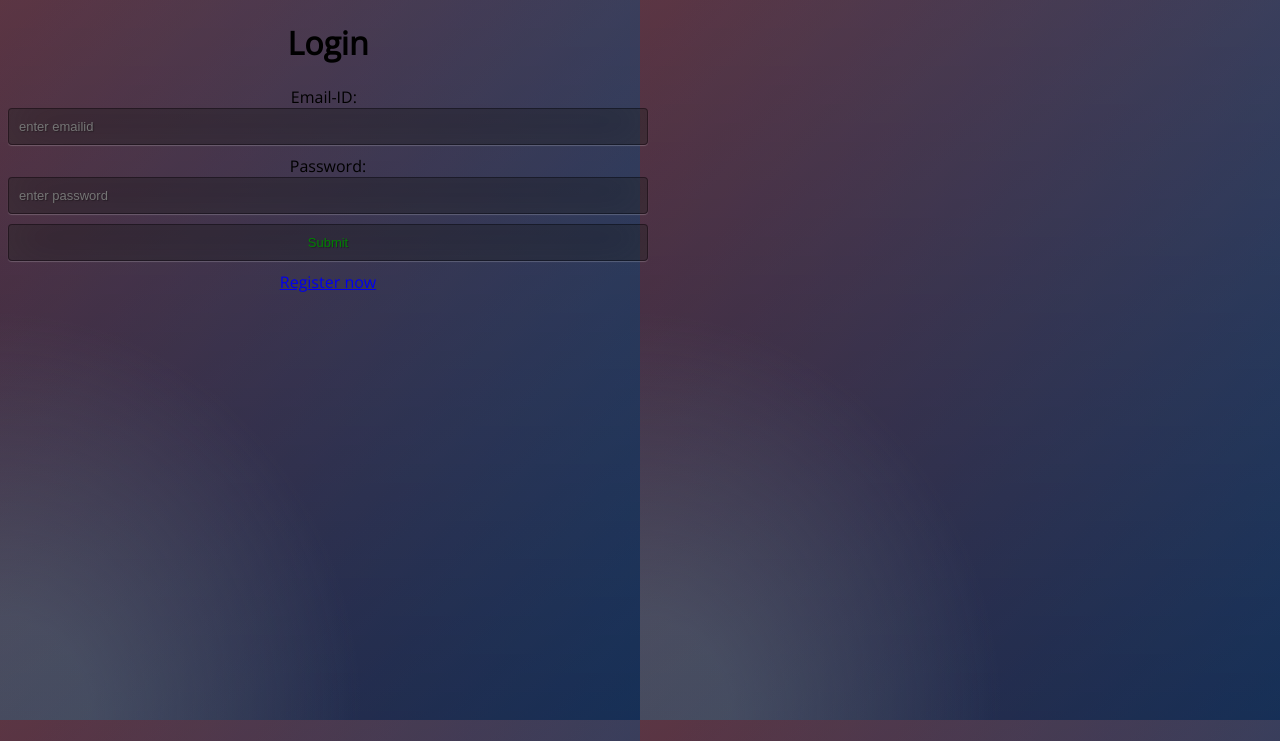
Repository: Tharungandhi/ServeltProject
Page: ServletJDBCApp/WebContent/login.html
An editor plug-in stored every save of this project. The page is shown before and after the next save, followed by the edit.
The browser window is 1280 px wide. The page is 1280 px wide, then 1288 px, so the pictures cover 1288 px, including what lies to the right of the window. The pictures show the whole page.

Above is the page before, as saved 2019-01-29 11:36:52.

After the next save:
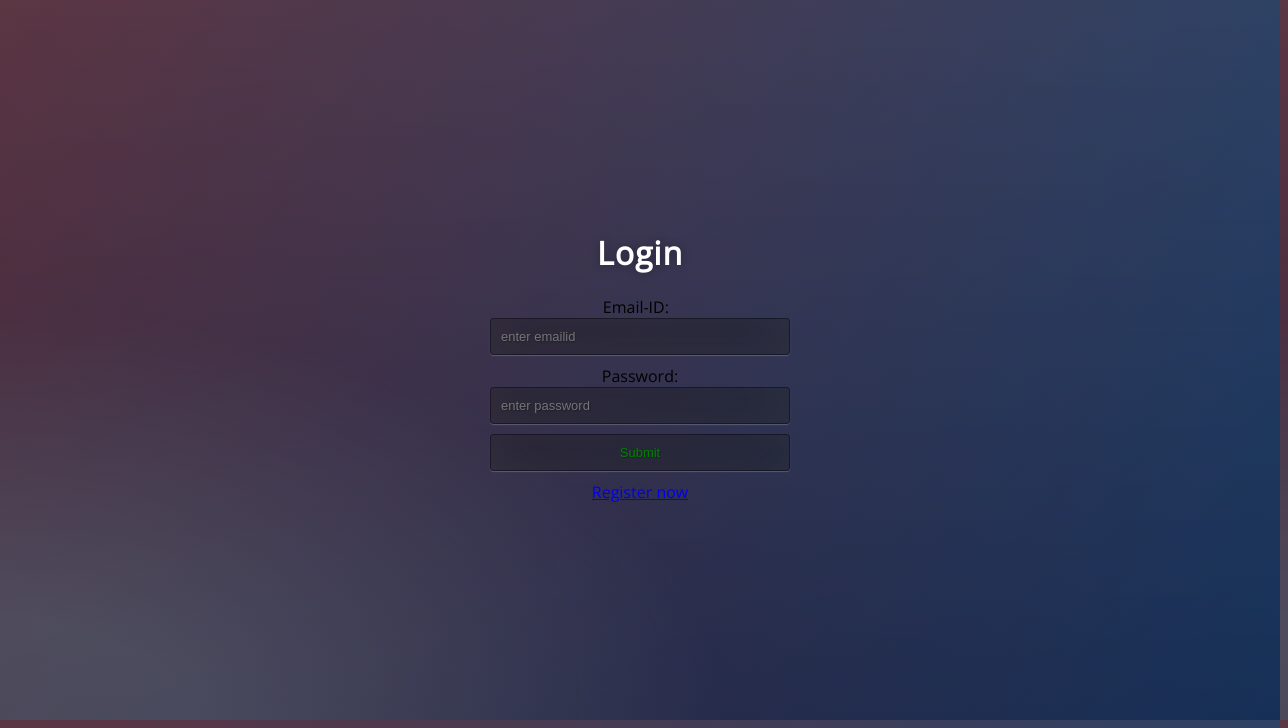
Saved 95 s later.
--- a/ServletJDBCApp/WebContent/login.html
+++ b/ServletJDBCApp/WebContent/login.html
@@ -15,7 +15,7 @@
 
 * { -webkit-box-sizing:border-box; -moz-box-sizing:border-box; -ms-box-sizing:border-box; -o-box-sizing:border-box; box-sizing:border-box; }
 
-html { width: 50%; height:100%; overflow:hidden; }
+html { width: 100%; height:100%; overflow:hidden; }
 
 body {
     width: 100%;
@@ -68,6 +68,7 @@ input:focus { box-shadow: inset 0 -5px 45px rgba(100,100,100,0.4), 0 1px 1px rgb
 <title>Login Page</title>
 </head>
 <body>
+<div class="login">
 <form action="login" method="post">
  <div align="center">
 <h1>Login </h1>
@@ -81,6 +82,8 @@ input:focus { box-shadow: inset 0 -5px 45px rgba(100,100,100,0.4), 0 1px 1px rgb
 <div>
 <a href=registration.html> Register now </a> </div>
 </div>
+
 </form>
+</div>
 </body>
 </html>
